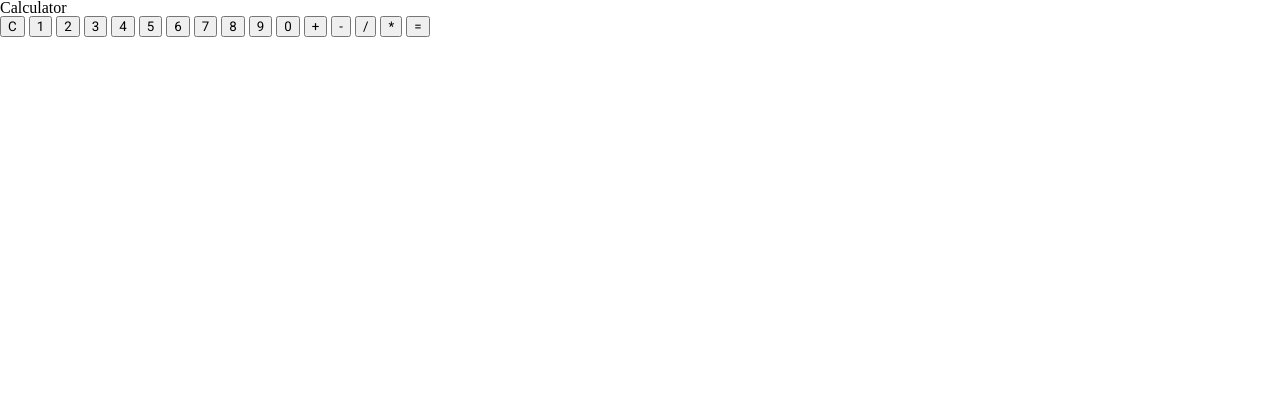
Repository: Gibon9/SimpleCalc
Page: index.html
An editor plug-in stored every save of this project. The page is shown before and after the next save, followed by the edit.
The browser window is 1280 px wide. The pictures show the whole page.
Some web fonts or font styles are not loaded; a fallback is used.

Above is the page before, as saved 2020-11-25 20:44:46.

After the next save:
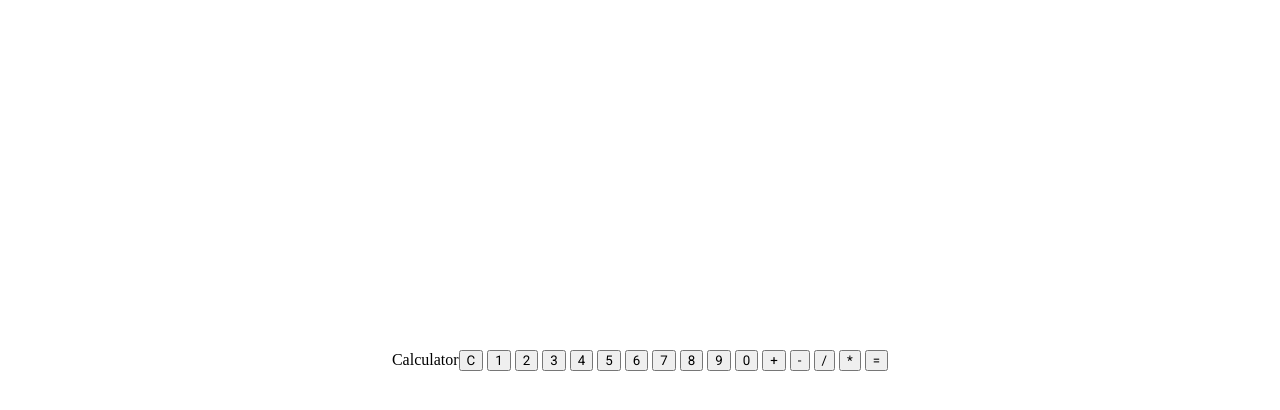
Saved 3 min 12 s later.
--- a/style/style.css
+++ b/style/style.css
@@ -15,3 +15,11 @@
 .calc-button {
   font-family: "Roboto", sans-serif;
 }
+
+.main {
+  display: flex;
+  justify-content: center;
+  align-items: center;
+  width: 100vw;
+  height: 100vh;
+}
